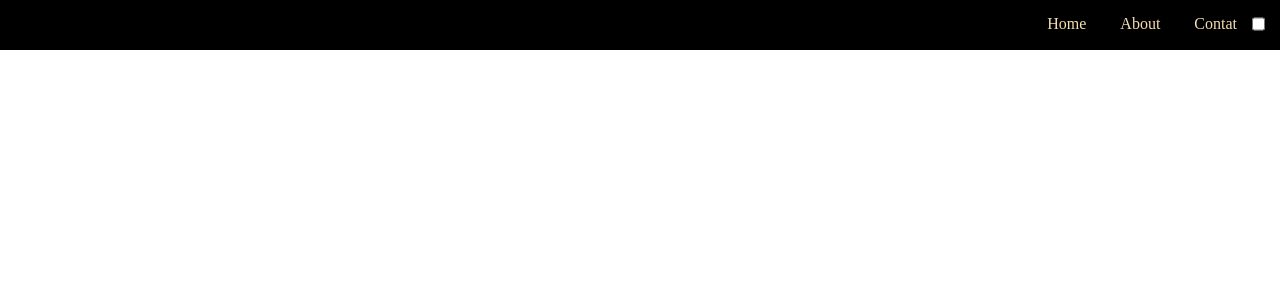
Repository: imokha01/toggleNavBar
Page: index.html
These files come from the project's save history. The page is drawn as it stood at one moment and after the next save; the edit follows.
The browser window is 1280 px wide. The pictures show the whole page.

Above is the page before, as saved 2023-12-26 22:16:53.

### index.html
<!DOCTYPE html>
<html lang="en">
<head>
    <meta charset="UTF-8">
    <meta name="viewport" content="width=device-width, initial-scale=1.0">
    <title>Toggle Nav Bar</title>
    <link rel="stylesheet" href="style.css">
</head>
<body>
    <header class="header">
        <div class="header__content">
            <nav class="header__content__navbar">
                <li class="header__content__navbar__list">
                    <a href="#" class="header__content__navbar__link">Home</a>
                </li>
                <li class="header__content__navbar__list">
                    <a href="#" class="header__content__navbar__link">About</a>
                </li>
                <li class="header__content__navbar__list">
                    <a href="#" class="header__content__navbar__link">Contat</a>
                </li>
            </nav>
            <input type="checkbox" class="checkbox toggle-triger">
        </div>

    </header>
</body>
</html>

### style.css
*{
    margin: 0;
    padding: 0;
    box-sizing: border-box;
}

.header {
    height: 20px;
    background: #000;
    height: 50px;

}


.header__content__navbar__list {
    display: inline-block;
    list-style-type: none;
}

.header__content__navbar__link{
    color: wheat;
    text-decoration: none;
    margin: auto;
    padding: 15px

}

.header__content {
    display: flex;
    justify-content: end;
    padding: 15px;
}

After the next save:
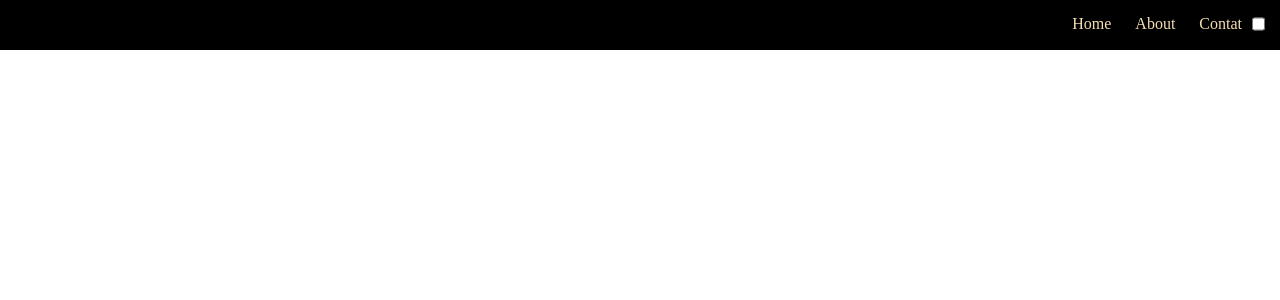
Saved 4 s later.
--- a/style.css
+++ b/style.css
@@ -21,7 +21,7 @@
     color: wheat;
     text-decoration: none;
     margin: auto;
-    padding: 15px
+    padding: 10px
 
 }
 
